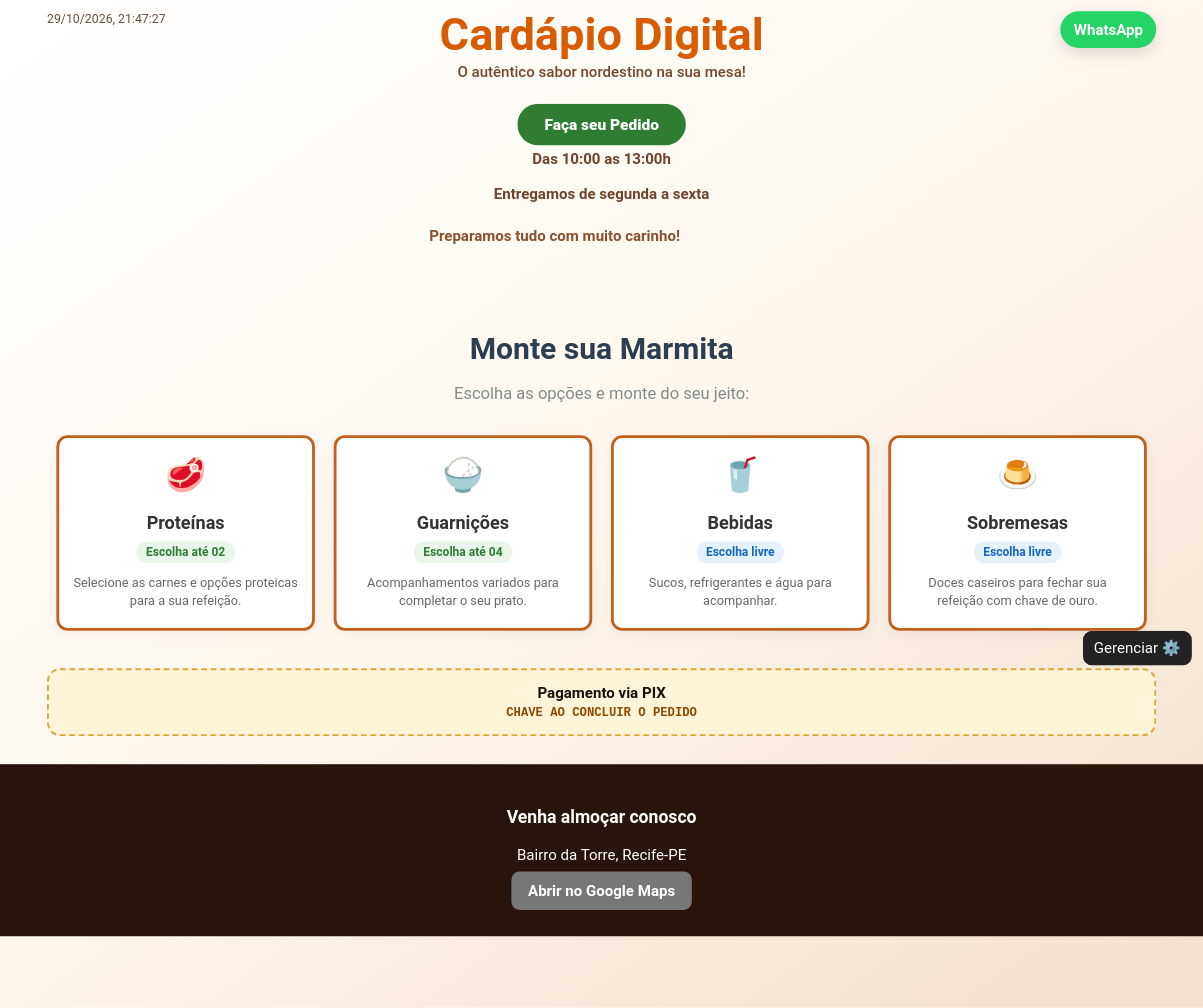
Repository: JeffRodFer/sd-copy-01-frontend
Page: index.html
An editor plug-in stored every save of this project. The page is shown before and after the next save, followed by the edit.
The browser window is 1280 px wide. The pictures show the whole page, at 94% of full size.
The page's requests for data from a server got no answer.

Above is the page before, as saved 2026-10-30 22:53:53.

### index.html
<!DOCTYPE html>
<html lang="pt-BR">

<head>
  <meta charset="UTF-8">
  <meta name="viewport" content="width=device-width, initial-scale=1.0">
  <title>Cardápio Digital</title>
  <link rel="stylesheet" href="style.css">
</head>

<body>


  <header class="container">

    <div class="topbar">

      <div id="datetime" class="datetime"></div>


      <div class="brand">

        <h1>
          Cardápio Digital
        </h1>

        <p>
          O autêntico sabor nordestino na sua mesa!
        </p>

      </div>


      <a id="wa-float-link" class="wa-float" href="https://wa.me/5581920036280" target="_blank" rel="noopener">
        WhatsApp
      </a>

    </div>


    <button class="cta" id="openOrder">
      Faça seu Pedido
    </button>


    <div class="notice">
      Das 10:00 as 13:00h <br><br>
      Entregamos de segunda a sexta
    </div>

  </header>


  <main class="container" id="menu"></main>


  <div class="container note">
    Preparamos tudo com muito carinho!
  </div>

  <section class="menu-categories-section">
  <h2>Monte sua Marmita</h2>
  <p class="subtitle">Escolha as opções e monte do seu jeito:</p>

  <div class="categories-grid">
    <!-- Card Proteínas -->
    <div class="category-card">
      <div class="category-icon">🥩</div>
      <h3>Proteínas</h3>
      <span class="badge-limit">Escolha até 02</span>
      <p>Selecione as carnes e opções proteicas para a sua refeição.</p>
    </div>

    <!-- Card Guarnições -->
    <div class="category-card">
      <div class="category-icon">🍚</div>
      <h3>Guarnições</h3>
      <span class="badge-limit">Escolha até 04</span>
      <p>Acompanhamentos variados para completar o seu prato.</p>
    </div>

    <!-- Card Bebidas -->
    <div class="category-card">
      <div class="category-icon">🥤</div>
      <h3>Bebidas</h3>
      <span class="badge-limit livre">Escolha livre</span>
      <p>Sucos, refrigerantes e água para acompanhar.</p>
    </div>

    <!-- Card Sobremesas -->
    <div class="category-card">
      <div class="category-icon">🍮</div>
      <h3>Sobremesas</h3>
      <span class="badge-limit livre">Escolha livre</span>
      <p>Doces caseiros para fechar sua refeição com chave de ouro.</p>
    </div>
  </div>
</section>


  <div class="container pix">

    <strong>
      Pagamento via PIX
    </strong>

    <br>


    <code>
    CHAVE AO CONCLUIR O PEDIDO
  </code>

  </div>


  <footer class="footer">

    <div class="container">

      <h3>
        Venha almoçar conosco
      </h3>

      <div>
        Bairro da Torre, Recife-PE
      </div>


      <a class="maps" href="https://maps.google.com/?q=Rua+Vermelha+02+Torre" target="_blank" rel="noopener">
        Abrir no Google Maps
      </a>


    </div>

  </footer>


  <button class="manage" id="openAdmin">
    Gerenciar ⚙️
  </button>
  <br>
  <br>
  <br>
  <br>

  <!-- =====================================================
     MODAL DO PEDIDO
     ===================================================== -->

  <div class="overlay hidden" id="orderOverlay">

    <div class="modal">


      <!-- PASSO 1 -->

      <div id="orderStep1" class="step active">

        <h2>
          Faça seu Pedido
        </h2>


        <div id="orderError1" class="error hidden"></div>


        <div class="form-grid">


          <div class="field">

            <label>
              Nome Completo
            </label>

            <input id="customerName" autocomplete="name">

          </div>


          <div class="field">

            <label>
              Telefone
            </label>

            <input id="customerPhone" inputmode="tel" autocomplete="tel" maxlength="15" placeholder="(81) 99999-8888">

          </div>


          <div class="field full">

            <label>
              Endereço de Entrega
            </label>

            <input id="customerAddress" autocomplete="street-address">

          </div>


          <div class="field">

            <label>
              Quantidade de Marmitas
            </label>

            <input id="mealCount" type="number" min="1" max="20" value="1">

          </div>


        </div>


        <div class="delivery">

          <label>

            <input type="radio" name="delivery" value="true" checked>

            Entrega em casa - R$ 5,00

          </label>


          <label>

            <input type="radio" name="delivery" value="false">

            Retirar no Restaurante - R$ 0,00

          </label>

        </div>


        <div class="actions">

          <button class="btn gray" id="closeOrder1">
            Cancelar
          </button>


          <button class="btn green" id="toStep2">
            Continuar
          </button>

        </div>

      </div>


      <!-- PASSO 2 -->

      <div id="orderStep2" class="step">

        <h2>
          Monte suas Marmitas
        </h2>


        <div id="orderError2" class="error hidden"></div>


        <div id="marmitas"></div>


        <div class="actions">

          <button type="button" class="btn gray" id="backStep1">
            Voltar
          </button>


          <button type="button" class="btn green" id="toStep3" onclick="clicarEncerrarPedido(event)">
            Encerrar e seguir
          </button>

        </div>

      </div>


      <!-- PASSO 3 -->
      <div id="orderStep3" class="step">

        <h2>Resumo do Pedido</h2>

        <div id="orderSummary" class="order-text"></div>

        <div id="finalTotal" class="total"></div>

        <div class="actions">
          <button class="btn red" id="cancelFinal">
            Voltar
          </button>

          <button class="btn green" id="sendRestaurant">
            Enviar Pedido ao Restaurante
          </button>
        </div>

      </div>

    </div>

  </div>


  <!-- =====================================================
     MODAL ADMINISTRATIVO
     ===================================================== -->

  <div class="overlay hidden" id="adminOverlay">

    <div class="admin-modal">

      <h2>
        Gerenciar Cardápio
      </h2>


      <div id="adminError" class="error hidden"></div>


      <!-- LOGIN -->

      <div id="adminLogin">

        <div class="field">

          <label>
            Usuário
          </label>

          <input id="adminUser" autocomplete="username" value="admin">

        </div>


        <div class="field" style="margin-top:10px">

          <label>
            Senha
          </label>

          <input id="adminPassword" type="password" autocomplete="current-password">

        </div>


        <div class="actions">

          <button class="btn gray" id="closeAdminLogin">
            Fechar
          </button>


          <button class="btn green" id="adminLoginBtn">
            Entrar
          </button>

        </div>

      </div>


      <!-- PAINEL -->

      <div id="adminPanel" class="hidden">

        <div id="adminItems" class="admin-grid"></div>


        <div class="actions">

          <button class="btn gray" id="adminClose">
            Fechar
          </button>


          <button class="btn green" id="adminSave">
            Salvar alterações
          </button>

        </div>

      </div>

    </div>

  </div>


  <script src="script.js"></script>
</body>

</html>

### style.css
:root {
      --orange: #f57c00;
      --brown: #6d3414;
      --green: #2e7d32;
      --red: #d32f2f;
      --blue: #1976d2;
      --purple: #7b1fa2;
      --cream: #fffaf5;
      --line: #eadfd6;
      --muted: #666;
    }

    * {
      box-sizing: border-box;
    }

    html {
      scroll-behavior: smooth;
    }

    body {
      margin: 0;
      background:
        linear-gradient(145deg,
          #fff 0%,
          #fff8ef 45%,
          #f2dfcc 100%);
      color: #17120e;
      font-family: Roboto, Arial, sans-serif;
      min-height: 100vh;
    }

    button,
    input,
    textarea {
      font: inherit;
    }

    button {
      cursor: pointer;
      border: 0;
    }

    .container {
      width: min(1180px, 94%);
      margin: auto;
    }


    /* HEADER */

    .topbar {
      display: grid;
      grid-template-columns: 1fr auto 1fr;
      align-items: start;
      padding: 12px 0;
      gap: 10px;
    }

    .datetime {
      font-size: .82rem;
      color: #674e3d;
    }

    .brand {
      text-align: center;
    }

    .brand h1 {
      margin: 0;
      color: #d85b00;
      font-size: clamp(1.8rem, 5vw, 3rem);
      line-height: 1.05;
    }

    .brand p {
      margin: 5px 0;
      color: #75452a;
      font-weight: 500;
    }

    .wa-float {
      justify-self: end;
      background: #25d366;
      color: #fff;
      padding: 10px 14px;
      border-radius: 999px;
      text-decoration: none;
      font-weight: 700;
      box-shadow: 0 6px 18px #0002;
    }

    .cta {
      display: block;
      margin: 8px auto 5px;
      background: var(--green);
      color: #fff;
      border-radius: 999px;
      padding: 12px 28px;
      font-weight: 800;
      font-size: 1rem;
      animation: pulse 2s infinite;
    }

    .notice {
      text-align: center;
      color: #70442b;
      font-weight: 700;
      margin-bottom: 18px;
    }

    @keyframes pulse {

      0%,
      100% {
        transform: scale(1);
      }

      50% {
        transform: scale(1.03);
      }
    }


    /* CARDÁPIO */

    .section {
      margin: 20px 0;
    }

    .section h2 {
      margin: 0 0 12px;
      color: var(--brown);
    }

    .grid {
      display: grid;
      grid-template-columns:
        repeat(auto-fit,
          minmax(180px, 1fr));
      gap: 10px;
    }

    .card {
      background: #fff;
      border: 1px solid var(--line);
      border-radius: 14px;
      padding: 14px;
      box-shadow:
        0 3px 12px #5a2a0d12;
    }

    .card strong {
      display: block;
    }

    .unavailable {
      opacity: .52;
    }

    .badge {
      display: inline-block;
      margin-top: 7px;
      font-size: .78rem;
      background: #eee;
      padding: 4px 8px;
      border-radius: 999px;
    }

    .accent-guarnicoes {
      border-top: 5px solid #8b5a2b;
    }

    .accent-proteinas {
      border-top: 5px solid #d32f2f;
    }

    .accent-bebidas {
      border-top: 5px solid #1976d2;
    }

    .accent-sobremesas {
      border-top: 5px solid #7b1fa2;
    }

    .note {
      text-align: center;
      font-weight: 700;
      color: #87522d;
      margin: 25px 0;
    }

    .pix {
      background: #fff3d8;
      border: 2px dashed #e0a33b;
      border-radius: 14px;
      padding: 15px;
      text-align: center;
    }

    .pix code {
      font-weight: 800;
      color: #8b4a00;
      word-break: break-all;
    }


    /* FOOTER */

    .footer {
      margin-top: 30px;
      background: #29140b;
      color: #fff;
      padding: 28px 0;
      text-align: center;
    }

    .maps {
      display: inline-block;
      background: #777;
      color: #fff;
      padding: 11px 18px;
      border-radius: 9px;
      text-decoration: none;
      font-weight: 700;
      margin-top: 8px;
    }

    .manage {
      position: fixed;
      right: 12px;
      bottom: 12px;
      background: #222;
      color: #fff;
      padding: 9px 12px;
      border-radius: 10px;
      z-index: 20;
    }


    /* MODAIS */

    .overlay {
      position: fixed;
      inset: 0;
      background: #0009;
      display: flex;
      align-items: center;
      justify-content: center;
      padding: 12px;
      z-index: 100;
    }

    .hidden {
      display: none !important;
    }

    .modal {
      background: #fff;
      width: min(1050px, 100%);
      max-height: 94vh;
      overflow: auto;
      border-radius: 18px;
      box-shadow: 0 20px 70px #0007;
      padding: 22px;
    }

    .modal h2 {
      color: var(--brown);
      margin: 0 0 18px;
    }

    .step {
      display: none;
    }

    /* =====================================================
ESTILOS DA SEÇÃO DE CATEGORIAS (PÁGINA PRINCIPAL)
===================================================== */
.menu-categories-section {
  padding: 40px 20px;
  text-align: center;
  max-width: 1200px;
  margin: 0 auto;
}

.menu-categories-section h2 {
  font-size: 2rem;
  color: #2c3e50;
  margin-bottom: 8px;
  font-weight: 700;
}

.menu-categories-section .subtitle {
  color: #7f8c8d;
  margin-bottom: 35px;
  font-size: 1.1rem;
}

.categories-grid {
  display: grid;
  grid-template-columns: repeat(auto-fit, minmax(250px, 1fr));
  gap: 20px;
  justify-content: center;
}

.category-card {
  background: #ffffff;
  border-radius: 12px;
  padding: 18px 15px;
  box-shadow: 0 4px 15px rgba(0, 0, 0, 0.05);
  transition: transform 0.3s ease, box-shadow 0.3s ease;
  border: 3px solid #c1611d;
  text-align: center;
}

.category-card:hover {
  transform: translateY(-5px);
  box-shadow: 0 8px 25px rgba(233, 83, 46, 0.1);
  border-color: 2px #d85b00;
}

.category-icon {
  font-size: 2.2rem;
  margin-bottom: 8px;
}

.category-card h3 {
  font-size: 1.2rem;
  color: #333333;
  margin-bottom: 8px;
}

.badge-limit {
  display: inline-block;
  background-color: #e8f5e9;
  color: #2e7d32;
  font-weight: 600;
  font-size: 0.8rem;
  padding: 4px 10px;
  border-radius: 20px;
  margin-bottom: 10px;
}

.badge-limit.livre {
  background-color: #e3f2fd;
  color: #1565c0;
}

.category-card p {
  color: #666666;
  font-size: 0.85rem;
  line-height: 1.5;
  margin: 0;
  border-radius: 2px #8b4a00;
}

    .step.active {
      display: block;
    }


    /* FORMULÁRIO */

    .form-grid {
      display: grid;
      grid-template-columns: 1fr;
      gap: 12px;
    }

    .field label {
      display: block;
      font-weight: 700;
      margin-bottom: 5px;
    }

    .field input,
    .field textarea,
    .field select {
      width: 100%;
      padding: 11px;
      border: 1px solid #cfcfcf;
      border-radius: 10px;
      background: #fff;
    }

    .field textarea {
      min-height: 75px;
      resize: vertical;
    }

    .delivery {
      display: grid;
      gap: 9px;
      margin: 12px 0;
    }

    .delivery label {
      border: 1px solid #ddd;
      border-radius: 10px;
      padding: 12px;
    }


    /* MARMITAS */

    .marmita {
      border: 1px solid #ddd;
      border-radius: 15px;
      padding: 14px;
      margin: 14px 0;
      background: #fff;
    }

    .marmita h3 {
      margin: 0 0 12px;
      color: #7b401f;
    }

    .choice-group {
      margin: 13px 0;
    }

    .choice-group h4 {
      margin: 0 0 8px;
    }

    .choices {
      display: grid;
      grid-template-columns:
        repeat(auto-fit,
          minmax(190px, 1fr));
      gap: 8px;
    }

    .check {
      border: 1px solid #ddd;
      border-radius: 10px;
      padding: 9px;
      background: #fafafa;
    }

    .check input {
      margin-right: 6px;
    }

    .limit {
      font-size: .8rem;
      color: var(--muted);
      margin: 5px 0;
    }


    /*
  IMPORTANTE:
  A linha de quantidade agora é uma GRID
  com nome + preço + menos + quantidade + mais.
  Assim o + nunca cai para a linha de baixo.
*/

    .qty-list {
      display: grid;
      gap: 7px;
    }

    .qty-row {
      display: grid;

      grid-template-columns:
        minmax(0, 1fr) auto auto auto auto;

      align-items: center;

      gap: 8px;

      border: 1px solid #eee;
      border-radius: 11px;
      padding: 8px;

      background: #faf8f6;
    }

    .qty-name {
      min-width: 0;
      font-weight: 700;
      overflow-wrap: anywhere;
    }

    .qty-price {
      font-size: .9rem;
      color: #555;
      white-space: nowrap;
    }

    .qty-btn {
      width: 36px;
      height: 36px;
      border-radius: 9px;
      background: #eee;
      font-weight: 900;
      font-size: 1.1rem;
    }

    .qty-value {
      min-width: 22px;
      text-align: center;
      font-weight: 800;
    }


    /* BOTÕES */

    .actions {
      display: flex;
      gap: 10px;
      justify-content: flex-end;
      flex-wrap: wrap;
      margin-top: 18px;
    }

    .btn {
      padding: 12px 18px;
      border-radius: 10px;
      font-weight: 800;
    }

    .btn.green {
      background: #2e7d32;
      color: #fff;
    }

    .btn.red {
      background: #e57373;
      color: #fff;
    }

    .btn.gray {
      background: #eee;
    }

    .total {
      font-size: 1.2rem;
      text-align: right;
      color: #18752b;
      font-weight: 900;
      margin-top: 14px;
    }

    .error {
      background: #ffe5e5;
      color: #9b1c1c;
      padding: 10px;
      border-radius: 9px;
      margin: 10px 0;
    }

    .order-text {
      background: #f5f5f5;
      padding: 14px;
      border-radius: 12px;
      white-space: pre-wrap;
      font-family: monospace;
      line-height: 1.45;
    }


    /* ADMIN */

    .admin-modal {
      background: #f5f5f5;
      width: min(1100px, 100%);
      max-height: 92vh;
      overflow: auto;
      border-radius: 18px;
      padding: 20px;
    }

    .admin-grid {
      display: grid;
      grid-template-columns: 1fr;
      gap: 16px;
    }

    .admin-section {
      background: #fff;
      padding: 14px;
      border-radius: 14px;
    }

    .admin-item {
      display: flex;
      align-items: center;
      justify-content: space-between;
      gap: 10px;
      padding: 9px 0;
      border-bottom: 1px solid #eee;
    }

    .admin-item:last-child {
      border-bottom: 0;
    }

    .switch {
      position: relative;
      width: 50px;
      height: 28px;
      flex: 0 0 auto;
    }

    .switch input {
      display: none;
    }

    .slider {
      position: absolute;
      inset: 0;
      background: #bbb;
      border-radius: 30px;
    }

    .slider:before {
      content: "";
      position: absolute;
      width: 22px;
      height: 22px;
      left: 3px;
      top: 3px;
      background: #fff;
      border-radius: 50%;
      transition: .2s;
    }

    .switch input:checked+.slider {
      background: #2e7d32;
    }

    .switch input:checked+.slider:before {
      transform: translateX(22px);
    }


    /* RESPONSIVO */

    @media(min-width:700px) {

      .form-grid {
        grid-template-columns:
          1fr 1fr;
      }

      .form-grid .full {
        grid-column: 1/-1;
      }

      .admin-grid {
        grid-template-columns:
          1fr 1fr;
      }

    }


    @media(max-width:600px) {

      .topbar {
        grid-template-columns:
          1fr auto;
      }

      .brand {
        grid-column: 1/-1;
        grid-row: 1;
      }

      .datetime {
        grid-column: 1;
      }

      .wa-float {
        grid-column: 2;
      }

      /*
    Mantém TODOS os controles da bebida
    na mesma linha.
  */

      .qty-row {
        grid-template-columns:
          minmax(0, 1fr) auto auto auto auto;
      }

      .qty-price {
        font-size: .8rem;
      }

      .modal {
        padding: 15px;
      }

      .actions .btn {
        flex: 1 1 100%;
      }

    }

Loaded but not shown: script.js (1589 lines, source omitted)

After the next save:
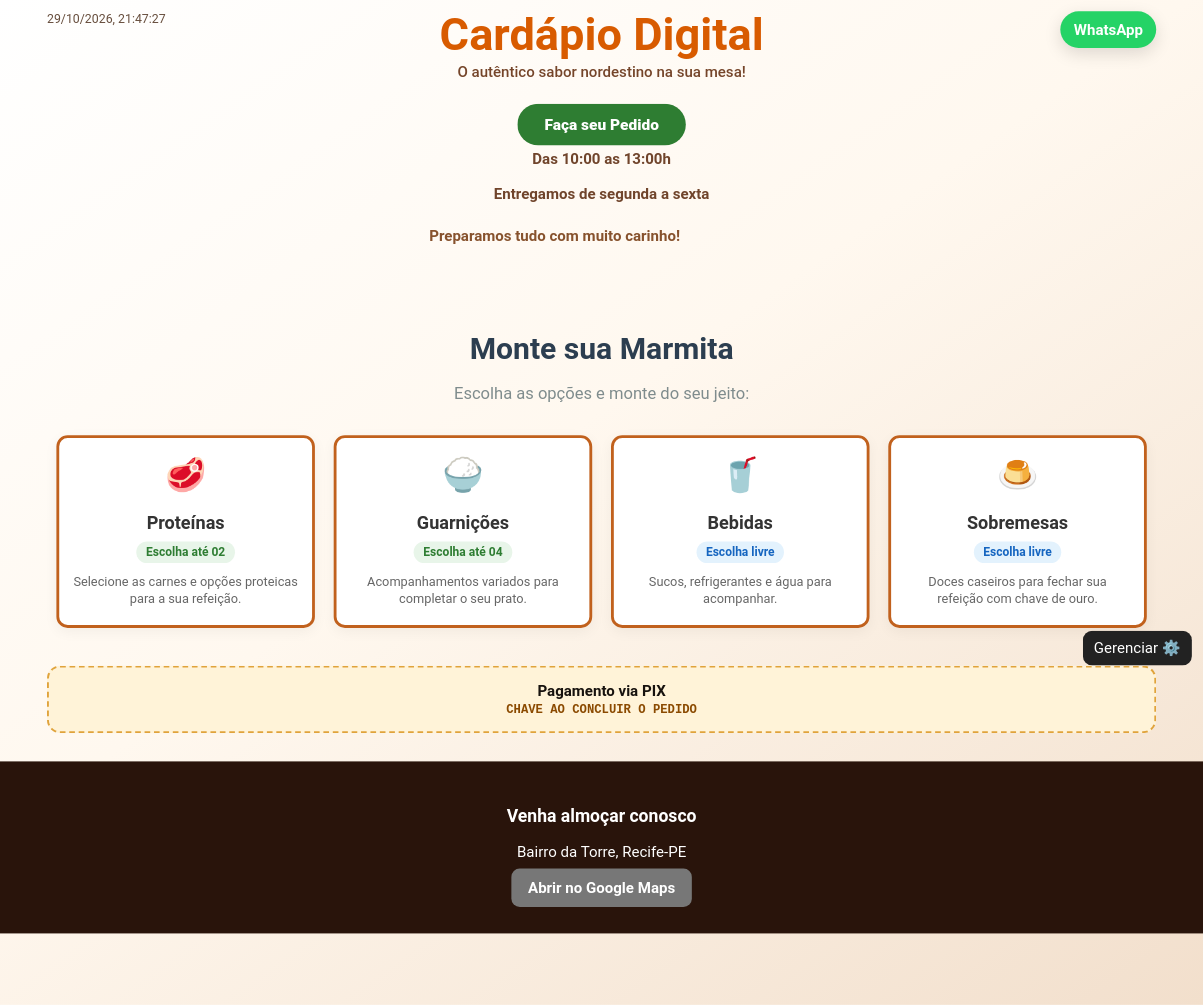
Saved 7 s later.
--- a/style.css
+++ b/style.css
@@ -350,7 +350,7 @@ ESTILOS DA SEÇÃO DE CATEGORIAS (PÁGINA PRINCIPAL)
 .category-card p {
   color: #666666;
   font-size: 0.85rem;
-  line-height: 1.5;
+  line-height: 1.4;
   margin: 0;
   border-radius: 2px #8b4a00;
 }
